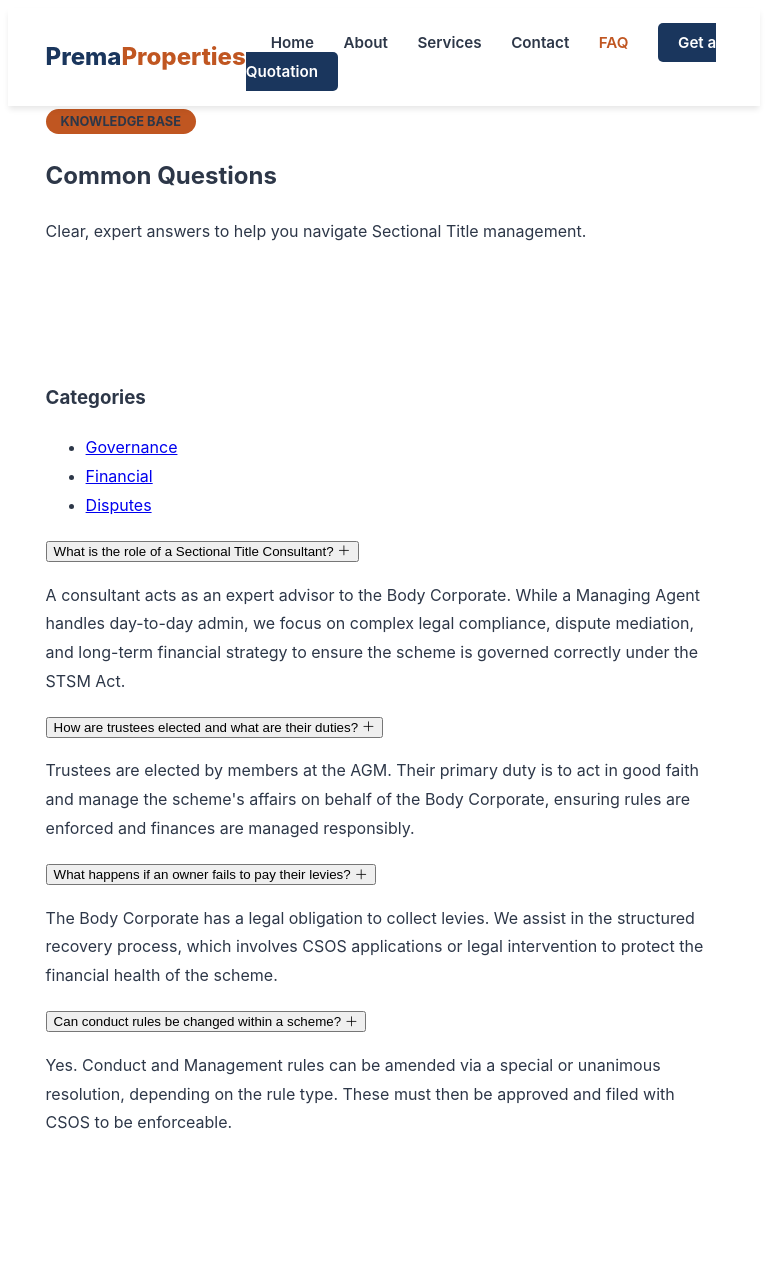
Repository: mnqobiMenzi/Prema-Properties
Page: FAQ.html
These files come from the project's save history. The page is drawn as it stood at one moment and after the next save; the edit follows.
The browser window is 768 px wide. The pictures show the whole page.

Above is the page before, as saved 2026-02-10 12:42:11.

### FAQ.html
<!DOCTYPE html>
<html lang="en">
<head>
  <meta charset="UTF-8">
  <meta name="viewport" content="width=device-width, initial-scale=1.0">
  <title>FAQ | Prema Properties</title>
  <link rel="stylesheet" href="CSS/style.css">
  <link rel="stylesheet" href="https://cdn.jsdelivr.net/npm/bootstrap-icons@1.13.1/font/bootstrap-icons.min.css">
</head>
<body>

  <header class="main-header">
    <div class="container header-flex">
      <div class="logo">Prema<span>Properties</span></div>
      <nav>
        <a href="index.html">Home</a>
        <a href="about-us.html">About</a>
        <a href="services.html">Services</a>
        <a href="contact-us.html">Contact</a>
        <a href="FAQ.html" class="active">FAQ</a>
        <a href="quote.html" class="nav-btn">Get a Quotation</a>
      </nav>
    </div>
  </header>

  <section class="faq-hero">
    <div class="container">
      <span class="badge">Knowledge Base</span>
      <h1>Common Questions</h1>
      <p>Clear, expert answers to help you navigate Sectional Title management.</p>
    </div>
  </section>

  <section class="section-padding">
    <div class="container">
      <div class="faq-layout">

        <div class="faq-sidebar">
          <h3>Categories</h3>
          <ul>
            <li><a href="#governance" class="active">Governance</a></li>
            <li><a href="#financial">Financial</a></li>
            <li><a href="#disputes">Disputes</a></li>
          </ul>
        </div>

        <div class="faq-accordion">

          <div class="faq-item">
            <button class="faq-question">
              What is the role of a Sectional Title Consultant?
              <i class="bi bi-plus-lg"></i>
            </button>
            <div class="faq-answer">
              <p>A consultant acts as an expert advisor to the Body Corporate. While a Managing Agent handles day-to-day admin, we focus on complex legal compliance, dispute mediation, and long-term financial strategy to ensure the scheme is governed correctly under the STSM Act.</p>
            </div>
          </div>

          <div class="faq-item">
            <button class="faq-question">
              How are trustees elected and what are their duties?
              <i class="bi bi-plus-lg"></i>
            </button>
            <div class="faq-answer">
              <p>Trustees are elected by members at the AGM. Their primary duty is to act in good faith and manage the scheme's affairs on behalf of the Body Corporate, ensuring rules are enforced and finances are managed responsibly.</p>
            </div>
          </div>

          <div class="faq-item">
            <button class="faq-question">
              What happens if an owner fails to pay their levies?
              <i class="bi bi-plus-lg"></i>
            </button>
            <div class="faq-answer">
              <p>The Body Corporate has a legal obligation to collect levies. We assist in the structured recovery process, which involves CSOS applications or legal intervention to protect the financial health of the scheme.</p>
            </div>
          </div>

          <div class="faq-item">
            <button class="faq-question">
              Can conduct rules be changed within a scheme?
              <i class="bi bi-plus-lg"></i>
            </button>
            <div class="faq-answer">
              <p>Yes. Conduct and Management rules can be amended via a special or unanimous resolution, depending on the rule type. These must then be approved and filed with CSOS to be enforceable.</p>
            </div>
          </div>

        </div>
      </div>
    </div>
  </section>

  <div id="footer-placeholder"></div>

  <script>
    document.querySelectorAll('.faq-question').forEach(button => {
      button.addEventListener('click', () => {
        const faqItem = button.parentElement;
        faqItem.classList.toggle('active');
      });
    });
  </script>
</body>
</html>

### CSS/style.css
/* --- Core Styles --- */
:root {
  --primary: #1a365d;
  --secondary: #c05621;
  --text: #2d3748;
  --white: #ffffff;
  --gray: #f7fafc;
  --transition: all 0.3s ease;
}

body {
  font-family: 'Inter', sans-serif;
  color: var(--text);
  line-height: 1.8;
}

.container { width: 90%; max-width: 1200px; margin: 0 auto; }
.section-padding { padding: 100px 0; }
.light-gray { background: var(--gray); }

/* --- Header --- */
.main-header {
  background: var(--white);
  padding: 20px 0;
  box-shadow: 0 4px 6px -1px rgba(0,0,0,0.1);
  position: sticky;
  top: 0; z-index: 1000;
}

.header-flex { display: flex; justify-content: space-between; align-items: center; }

.logo { font-size: 1.5rem; font-weight: 800; color: var(--primary); }
.logo span { color: var(--secondary); }

nav a {
  text-decoration: none;
  color: var(--text);
  font-weight: 600;
  margin-left: 25px;
  font-size: 0.95rem;
  transition: var(--transition);
}

nav a:hover, nav a.active { color: var(--secondary); }

.nav-btn {
  background: var(--primary);
  color: white !important;
  padding: 10px 20px;
  border-radius: 5px;
}

/* --- Hero v2 --- */
.hero-v2 {
  background: url('../images/Sectional-Title-Disputes.jpg') center/cover no-repeat;
  height: 85vh;
  position: relative;
}

.hero-overlay {
  background: linear-gradient(to right, rgba(26, 54, 93, 0.9), rgba(26, 54, 93, 0.4));
  height: 100%;
  display: flex;
  align-items: center;
  color: white;
}

.badge {
  background: var(--secondary);
  padding: 5px 15px;
  border-radius: 50px;
  font-size: 0.8rem;
  font-weight: bold;
  text-transform: uppercase;
}

.hero-v2 h1 { font-size: 3.5rem; margin: 20px 0; line-height: 1.2; max-width: 700px; }
.hero-v2 p { font-size: 1.25rem; max-width: 600px; margin-bottom: 30px; opacity: 0.9; }

.btn-main {
  background: var(--secondary);
  color: white;
  padding: 15px 35px;
  text-decoration: none;
  font-weight: bold;
  border-radius: 5px;
  display: inline-block;
}

.btn-outline {
  border: 2px solid white;
  color: white;
  padding: 13px 35px;
  text-decoration: none;
  border-radius: 5px;
  margin-left: 15px;
}

/* --- Trust Bar --- */
.trust-bar { background: var(--primary); color: white; padding: 30px 0; }
.trust-bar .container { display: flex; justify-content: space-around; text-align: center; }
.trust-item strong { display: block; font-size: 1.8rem; color: var(--secondary); }

/* --- Grid & Cards --- */
.split-grid { display: grid; grid-template-columns: 1fr 1fr; gap: 80px; align-items: center; }

.services-grid-v2 {
  display: grid;
  grid-template-columns: repeat(auto-fit, minmax(250px, 1fr));
  gap: 30px;
  margin-top: 50px;
}

.s-card {
  background: white;
  padding: 40px;
  border-radius: 10px;
  box-shadow: 0 10px 15px rgba(0,0,0,0.05);
  transition: var(--transition);
}

.s-card:hover { transform: translateY(-10px); }
.s-card i { font-size: 2.5rem; color: var(--secondary); margin-bottom: 20px; display: block; }
.s-card h3 { margin-bottom: 15px; color: var(--primary); }

.image-deco img {
  width: 100%;
  border-radius: 15px;
  box-shadow: 30px 30px 0 var(--gray), 31px 31px 0 var(--primary);
}

/* Responsive */
@media (max-width: 768px) {
  .hero-v2 h1 { font-size: 2.2rem; }
  .split-grid { grid-template-columns: 1fr; }
  .hero-actions { display: flex; flex-direction: column; gap: 15px; }
  .btn-outline { margin-left: 0; }
}

/* About Page Specifics */
.about-hero-v2 {
  background: linear-gradient(rgba(26, 54, 93, 0.9), rgba(26, 54, 93, 0.9)), url('../images/office-bg.jpg');
  padding: 100px 0;
  text-align: center;
  color: white;
}

.about-intro {
  max-width: 800px;
  margin: 0 auto 60px;
  text-align: center;
}

.about-intro h2 {
  color: var(--primary);
  margin-bottom: 20px;
}

.values-grid {
  display: grid;
  grid-template-columns: repeat(auto-fit, minmax(280px, 1fr));
  gap: 30px;
}

.value-item i {
  font-size: 2.5rem;
  color: var(--secondary);
  margin-bottom: 15px;
  display: block;
}

/* Director Card Layout */
.director-card {
  display: grid;
  grid-template-columns: 1fr 1.5fr;
  gap: 60px;
  background: white;
  padding: 40px;
  border-radius: 15px;
  box-shadow: 0 20px 40px rgba(0,0,0,0.05);
  align-items: center;
}

.director-image {
  position: relative;
}

.exp-seal {
  position: absolute;
  bottom: -20px;
  right: -20px;
  background: var(--secondary);
  color: white;
  padding: 15px;
  border-radius: 50%;
  font-weight: bold;
  font-size: 0.9rem;
  box-shadow: 0 10px 20px rgba(192, 86, 33, 0.3);
}

.linkedin-link {
  display: inline-flex;
  align-items: center;
  gap: 10px;
  color: var(--primary);
  text-decoration: none;
  font-weight: bold;
  margin-top: 20px;
}

/* --- Contact Page Specifics --- */
.contact-hero-v2 {
  background: var(--primary);
  color: white;
  padding: 80px 0;
  text-align: center;
}

.contact-wrapper {
  display: grid;
  grid-template-columns: 1fr 1.2fr;
  gap: 80px;
  align-items: start;
}

/* Info Details */
.info-item {
  display: flex;
  gap: 20px;
  margin-bottom: 30px;
  align-items: flex-start;
}

.info-item i {
  font-size: 1.5rem;
  color: var(--secondary);
  background: var(--gray);
  padding: 12px;
  border-radius: 10px;
}

.info-item strong {
  display: block;
  font-size: 1.1rem;
  color: var(--primary);
}

/* Form Styling */
.contact-form-card {
  background: white;
  padding: 50px;
  border-radius: 15px;
  box-shadow: 0 30px 60px rgba(0,0,0,0.1);
}

.form-title {
  margin-bottom: 30px;
  color: var(--primary);
  font-weight: 700;
}

.form-row {
  display: grid;
  grid-template-columns: 1fr 1fr;
  gap: 20px;
  margin-bottom: 20px;
}

.submit-btn-v2 {
  width: 100%;
  background: var(--primary);
  color: white;
  padding: 15px;
  border: none;
  border-radius: 5px;
  font-weight: bold;
  cursor: pointer;
  transition: var(--transition);
}

.submit-btn-v2:hover {
  background: var(--secondary);
  transform: translateY(-2px);
}

@media (max-width: 992px) {
  .contact-wrapper { grid-template-columns: 1fr; gap: 50px; }
  .form-row { grid-template-columns: 1fr; }
}

/* Services Specific Styles */
.services-hero-v2 {
  background: var(--primary);
  padding: 80px 0;
  text-align: center;
  color: white;
}

.s-list {
  list-style: none;
  padding: 0;
  margin-top: 20px;
  border-top: 1px solid #eee;
  padding-top: 20px;
}

.s-list li {
  font-size: 0.9rem;
  margin-bottom: 10px;
  display: flex;
  align-items: center;
  gap: 10px;
  color: var(--text);
}

.s-list i {
  color: var(--secondary);
  font-size: 1rem;
  margin: 0; /* Override s-card i margin */
}

.services-cta {
  background: var(--gray);
  padding: 80px 0;
  text-align: center;
}

.center-text h2 {
  color: var(--primary);
  margin-bottom: 20px;
}

/* --- Articles Page Styles --- */
.articles-hero {
  background: var(--gray);
  padding: 60px 0;
  border-bottom: 1px solid #eee;
}

.category-tag {
  background: var(--secondary);
  color: white;
  padding: 4px 12px;
  border-radius: 4px;
  font-size: 0.75rem;
  font-weight: 700;
  text-transform: uppercase;
  display: inline-block;
  margin-bottom: 15px;
}

/* Featured Post Layout */
.featured-post-v2 {
  display: grid;
  grid-template-columns: 1fr 1fr;
  gap: 50px;
  background: white;
  border-radius: 15px;
  overflow: hidden;
  box-shadow: 0 20px 40px rgba(0,0,0,0.05);
  margin-bottom: 80px;
  align-items: center;
}

.featured-image img {
  width: 100%;
  height: 100%;
  object-fit: cover;
}

.featured-content { padding: 40px; }
.featured-content h2 { font-size: 2rem; color: var(--primary); margin-bottom: 20px; }

/* Grid Layout */
.articles-grid-v2 {
  display: grid;
  grid-template-columns: repeat(auto-fit, minmax(300px, 1fr));
  gap: 40px;
}

.post-card-v2 {
  background: white;
  padding: 30px;
  border-radius: 10px;
  border: 1px solid #eee;
  transition: var(--transition);
}

.post-card-v2:hover {
  border-color: var(--secondary);
  transform: translateY(-5px);
}

.card-meta {
  display: flex;
  justify-content: space-between;
  align-items: center;
  margin-bottom: 20px;
}

.inline-link {
  color: var(--secondary);
  text-decoration: none;
  font-weight: bold;
  font-size: 0.9rem;
}

@media (max-width: 768px) {
  .featured-post-v2 { grid-template-columns: 1fr; }
}

After the next save:
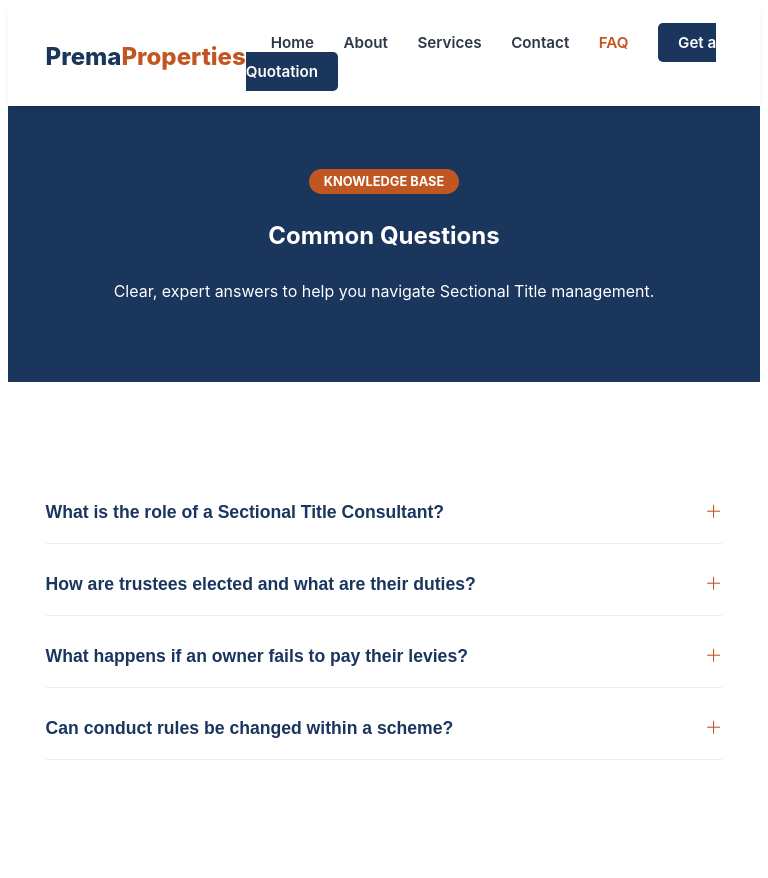
Saved 30 s later.
--- a/CSS/style.css
+++ b/CSS/style.css
@@ -408,3 +408,85 @@ nav a:hover, nav a.active { color: var(--secondary); }
 @media (max-width: 768px) {
   .featured-post-v2 { grid-template-columns: 1fr; }
 }
+
+/* --- FAQ Styling --- */
+.faq-hero {
+  background: var(--primary);
+  color: white;
+  padding: 60px 0;
+  text-align: center;
+}
+
+.faq-layout {
+  display: grid;
+  grid-template-columns: 250px 1fr;
+  gap: 50px;
+}
+
+.faq-sidebar h3 {
+  font-size: 1.2rem;
+  color: var(--primary);
+  margin-bottom: 20px;
+}
+
+.faq-sidebar ul { list-style: none; padding: 0; }
+.faq-sidebar li { margin-bottom: 15px; }
+.faq-sidebar a {
+  text-decoration: none;
+  color: var(--text);
+  font-weight: 500;
+  transition: var(--transition);
+}
+.faq-sidebar a.active, .faq-sidebar a:hover { color: var(--secondary); }
+
+/* Accordion Logic */
+.faq-item {
+  border-bottom: 1px solid #eee;
+  margin-bottom: 10px;
+}
+
+.faq-question {
+  width: 100%;
+  padding: 20px 0;
+  background: none;
+  border: none;
+  display: flex;
+  justify-content: space-between;
+  align-items: center;
+  font-size: 1.1rem;
+  font-weight: 700;
+  color: var(--primary);
+  cursor: pointer;
+  text-align: left;
+}
+
+.faq-question i {
+  transition: transform 0.3s ease;
+  color: var(--secondary);
+}
+
+.faq-answer {
+  max-height: 0;
+  overflow: hidden;
+  transition: max-height 0.3s ease-out;
+}
+
+.faq-answer p {
+  padding-bottom: 20px;
+  color: var(--text);
+  line-height: 1.6;
+}
+
+/* Open State */
+.faq-item.active .faq-answer {
+  max-height: 300px; /* Adjust as needed */
+}
+
+.faq-item.active .faq-question i {
+  transform: rotate(45deg);
+}
+
+@media (max-width: 768px) {
+  .faq-layout { grid-template-columns: 1fr; }
+  .faq-sidebar { display: none; }
+}
